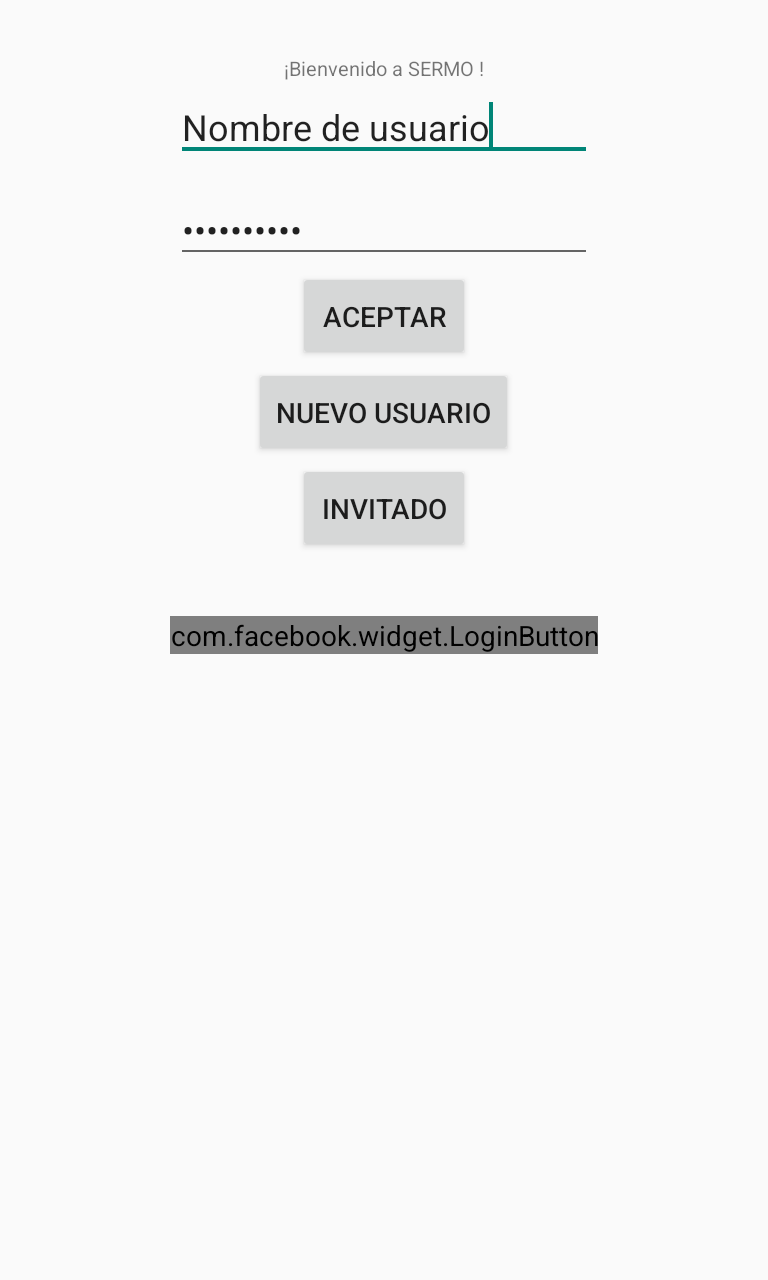
Repository: MVidi/juegos
Layout: SermoJuego/res/layout/pantallaprimera.xml
These files come from the project's save history. The layout is drawn as it stood at one moment and after the next save; the edit follows.
Pictures or frames that could not be fetched are drawn as grey boxes. It is drawn on a 768 x 1280 px phone screen (xhdpi) without system bars, with theme AppTheme; the app's code is not run.

Above is the layout before, as saved 2014-08-11 16:09:57.

### SermoJuego/res/layout/pantallaprimera.xml
<RelativeLayout xmlns:android="http://schemas.android.com/apk/res/android"
    xmlns:tools="http://schemas.android.com/tools"
    android:id="@+id/container"
    android:layout_width="match_parent"
    android:layout_height="match_parent"
    tools:context=".pantallaInicioActivity"
    tools:ignore="MergeRootFrame" >

    <TextView
        android:id="@+id/TituloPI"
        android:layout_width="wrap_content"
        android:layout_height="wrap_content"
        android:layout_alignParentTop="true"
        android:layout_centerHorizontal="true"
        android:layout_marginTop="27dp"
        android:text="@string/juego"
        android:textSize="10sp" />

    <EditText
        android:id="@+id/contrasenaPI"
        android:layout_width="wrap_content"
        android:layout_height="wrap_content"
        android:layout_centerHorizontal="true"
        android:layout_below="@+id/usuarioPI"
        android:layout_marginTop="10dp"
        android:ems="10"
        android:inputType="textPassword"
        android:onClick="clicarContrasena"
        android:text="@string/Contrasena" />

    <EditText
        android:id="@+id/usuarioPI"
        android:layout_width="wrap_content"
        android:layout_height="wrap_content"
        android:layout_below="@+id/TituloPI"
        android:layout_centerHorizontal="true"
        android:ems="10"
        android:inputType="textPersonName"
        android:onClick="clicarUsuario"
        android:text="@string/Usuario" >

        <requestFocus />
    </EditText>

    <Button
        android:id="@+id/aceptarPI"
        android:layout_width="wrap_content"
        android:layout_height="wrap_content"
        android:layout_centerHorizontal="true"
        android:layout_below="@+id/contrasenaPI"
        android:onClick="aceptarPulsado"
        android:text="@string/Aceptar" />

    <Button
        android:id="@+id/nuevoUsuarioPI"
        android:layout_width="wrap_content"
        android:layout_height="wrap_content"
        android:layout_below="@+id/aceptarPI"
        android:layout_centerHorizontal="true"
        android:text="@string/nuevoUsuario" />

    <Button
        android:id="@+id/invitadoPI"
        android:layout_width="wrap_content"
        android:layout_height="wrap_content"
  		android:layout_centerHorizontal="true"
        android:layout_below="@+id/nuevoUsuarioPI"
        android:text="@string/Invitado"
    	android:onClick="conectarMongo" />


    <com.facebook.widget.LoginButton
        android:id="@+id/authButton"
        android:layout_width="wrap_content"
        android:layout_height="wrap_content"
        android:layout_below="@+id/invitadoPI"
        android:layout_centerHorizontal="true"
        android:layout_marginTop="30dp"
        />

</RelativeLayout>

### SermoJuego/res/values/strings.xml
<?xml version="1.0" encoding="utf-8"?>
<resources>

    <string name="app_name">SERMO</string>
    <string name="hello_world">Hello world!</string>
    <string name="juego">¡Bienvenido a SERMO !</string>
    <string name="action_settings">Settings</string>
  	<string name="Usuario">Nombre de usuario</string>
  	<string name="Contrasena">Contraseña</string>
  	<string name="Aceptar">Aceptar</string>
  	<string name="Invitado">Invitado</string>
  	<string name="nuevoUsuario">Nuevo Usuario</string>
  	<string name="jugar">jugar</string>
  	<string name="amigos">Amigos</string>
  	<string name="configurar">Configuración</string>
  	<string name="tipopartida">Seleccione tipo de partida</string>
</resources>

Loaded but not shown: SermoJuego/res/values/styles.xml (common file); SermoJuego/res/values-v11/styles.xml (common file); SermoJuego/res/values-v14/styles.xml (common file)

After the next save:
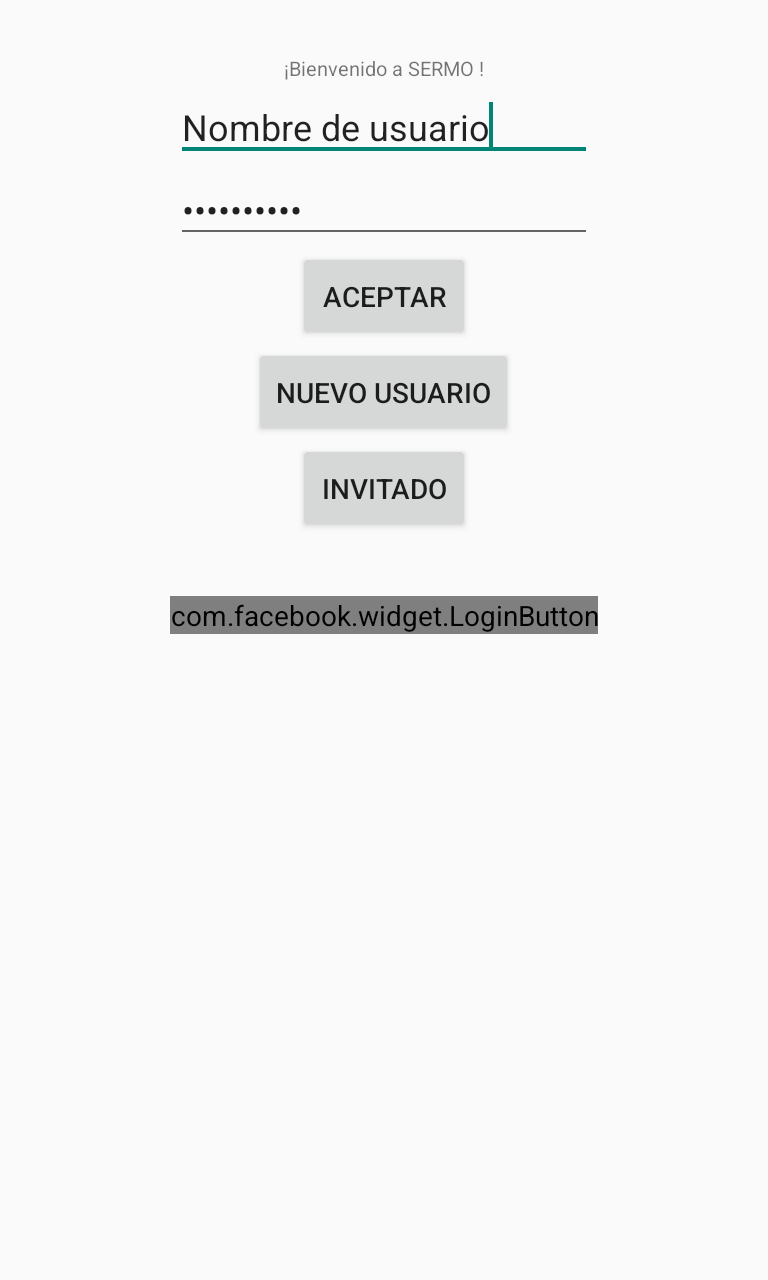
Saved 8 s later.
--- a/SermoJuego/res/layout/pantallaprimera.xml
+++ b/SermoJuego/res/layout/pantallaprimera.xml
@@ -22,7 +22,6 @@
         android:layout_height="wrap_content"
         android:layout_centerHorizontal="true"
         android:layout_below="@+id/usuarioPI"
-        android:layout_marginTop="10dp"
         android:ems="10"
         android:inputType="textPassword"
         android:onClick="clicarContrasena"
